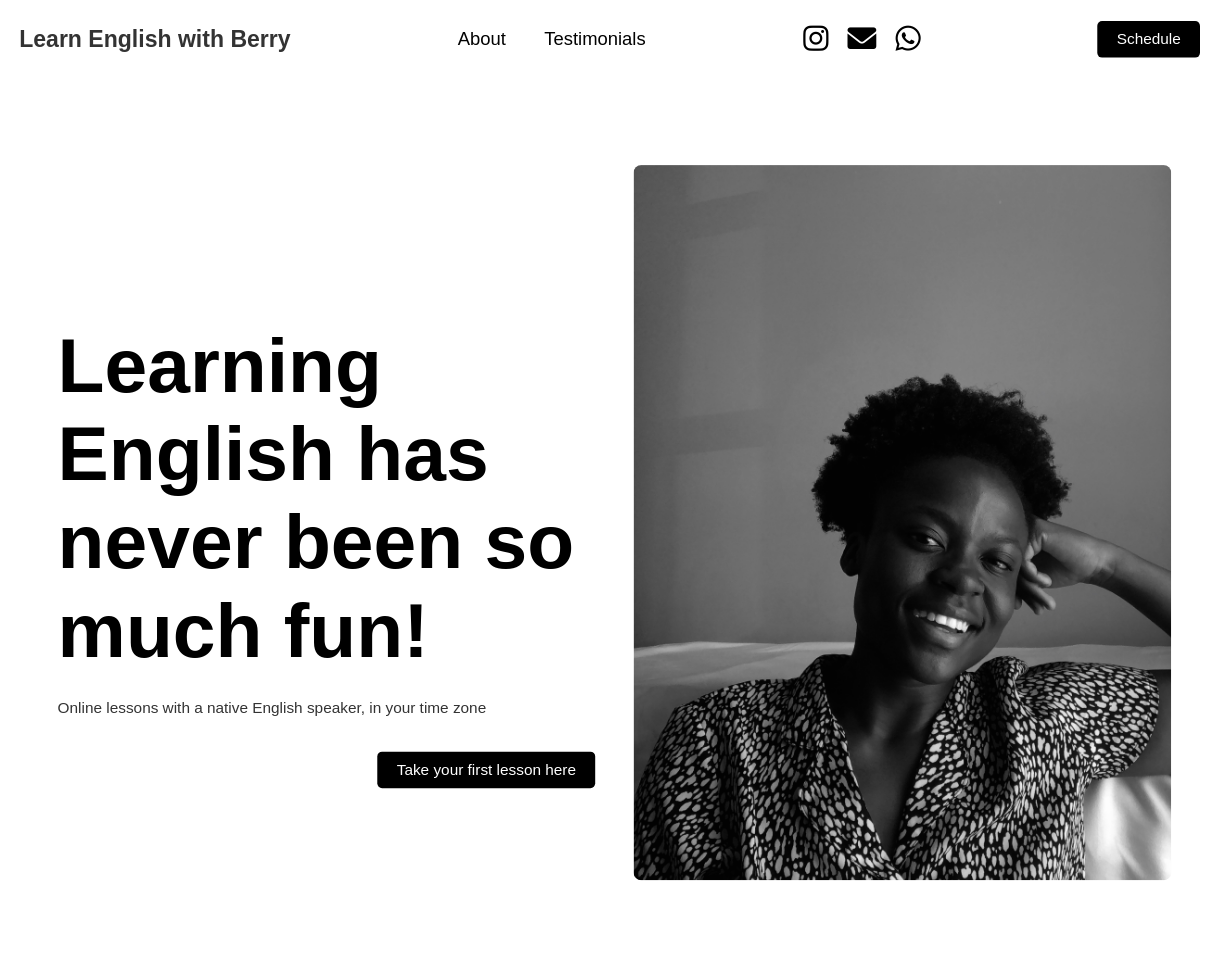
Repository: ntandomagana/esl-landing-page
Page: index.html
These files come from the project's save history. The page is drawn as it stood at one moment and after the next save; the edit follows.
The browser window is 1280 px wide. The pictures show the whole page, at 96% of full size.

Above is the page before, as saved 2024-07-17 13:34:55.

### index.html
<!DOCTYPE html>
<html lang="en">
<head>
    <meta charset="UTF-8">
    <meta name="viewport" content="width=device-width, initial-scale=1.0">
    <link rel="stylesheet" href="https://cdnjs.cloudflare.com/ajax/libs/font-awesome/6.0.0-beta3/css/all.min.css">

    <title>Berry's English</title>
    <link rel="stylesheet" href="index.css">
</head>
<body>
    <!-- Header Section -->
    <header>
        <div class="header-container">
            <div class="logo"><h1>Learn English with Berry</h1>
            </div>
            <nav>
                <ul>
                    <li><a href="#about">About</a></li>
                    <li><a href="#testimonials">Testimonials</a></li>

                </ul>
            </nav>
            <div class="social-links">
                <a href="#" class="social-link"><i class="fab fa-instagram"></i></a>
                <a href="mailto:berry@example.com" class="social-link"><i class="fas fa-envelope"></i></a>
                <a href="https://wa.me/1234567890" class="social-link"><i class="fab fa-whatsapp"></i></a>
            </div>
            <a href="#contact" class="schedule-button">Schedule</a>
        </div>
    </header>

    <!-- Left and right division -->
     <section class="content-section">
        <div class="content-wrapper">
            <div class="left-content">
                <h2>Learning English has <br />
                    never been so much fun!</h2>
                <p>Online lessons with a native English speaker, in your time zone</p>
                <a href="#contact" class="action-button">Take your first lesson here</a>
            </div>

            <div class="right-content">
                <img src="./assets/bwpp.jpg" alt="Teacher Berry's Image">

            </div>
        </div>

     </section>
    </footer>
</body>
</html>

### index.css
/* styles.css */

body {
  font-family: Arial, Helvetica, sans-serif;
  margin: 0;
  padding: 0;
  box-sizing: border-box;
}

.header-container {
  display: flex;
  justify-content: space-between;
  align-items: center;
  padding: 10px 20px;
  background-color: white;
}

.logo h1 {
  margin: 0;
  font-size: 24px;
  color: #333;
}

nav ul {
  list-style-type: none;
  padding: 0;
  margin: 0;
  display: flex;
}

nav ul li {
  display: inline;
  margin: 20px; /* Adjust margin to add space between list items */
}

nav ul li:last-child {
  margin-right: 0;
}

nav ul li a {
  color: rgb(2, 2, 2);
  text-decoration: none;
  font-size: 1.2rem;
}

nav ul li a:hover {
  color: black;
  font-weight: bold;
}

.social-links {
  display: flex;
  align-items: center;
  margin-right: 20px;
}

.social-link {
  margin: 0 10px;
  display: inline-block;
  color: black;
  font-size: 30px;
  transition: color 0.3s ease, transform 0.3s ease, box-shadow 0.3s ease;
}

.social-link i {
  color: black;
}

.social-link:hover i {
  color: black;
  transition: black 4s ease-in-out;
  transform: translateY(-5px);
  box-shadow: 0 4px 8px rgba(19, 18, 18, 0.2);
}

.schedule-button {
  padding: 10px 20px;
  background-color: black;
  color: #fff;
  text-decoration: none;
  border-radius: 5px;
  transition: background-color 0.3s ease;
  border: none;
  cursor: pointer;
  margin-right: 10px;
}

.schedule-button:hover {
  background-color: #fff;
  border-color: rgba(0, 0, 0, 0);
  border: solid black;
  color: black;
}

.content-section {
  padding: 50px 0;
  text-align: center;
}

.content-wrapper {
  display: flex;
  justify-content: space-around;
  align-items: stretch;
  max-width: 1200px;
  margin: 20px auto;
}

.left-content {
  flex: 1;
  padding: 20px;
  text-align: left;
  display: flex;
  flex-direction: column;
  justify-content: center;
  align-items: flex-end;
}

.left-content h2 {
  font-size: 5rem;
  align-items: flex-end;
  color: rgb(0, 0, 0);
  margin-bottom: 10px;
  width: 100%;
}

.left-content p {
  font-size: 1rem;
  color: #333;
  width: 100%;
}

.right-content {
  flex: 1;
  padding: 20px;
  text-align: center;
  display: flex;
  justify-content: center;
  align-items: center;
}

.right-content img {
  max-width: 100%;
  height: auto;
  max-height: 800px; /* Example maximum height, adjust as needed */
  border-radius: 8px;
  /* Optional: Adds a subtle shadow */
}

.action-button {
  display: inline-block;
  padding: 10px 20px;
  background-color: black;
  color: #fff;
  text-decoration: none;
  border-radius: 5px;
  transition: background-color 0.3s ease;
  margin-top: 20px; /* Add space above the button */
  position: relative;
  z-index: 1;
}

.action-button:hover {
  background-color: #fff;
  border-color: rgba(0, 0, 0, 0);
  border: 4px solid black;
  color: black;
  margin: 20px;
  padding: 18px 40px;
}

After the next save:
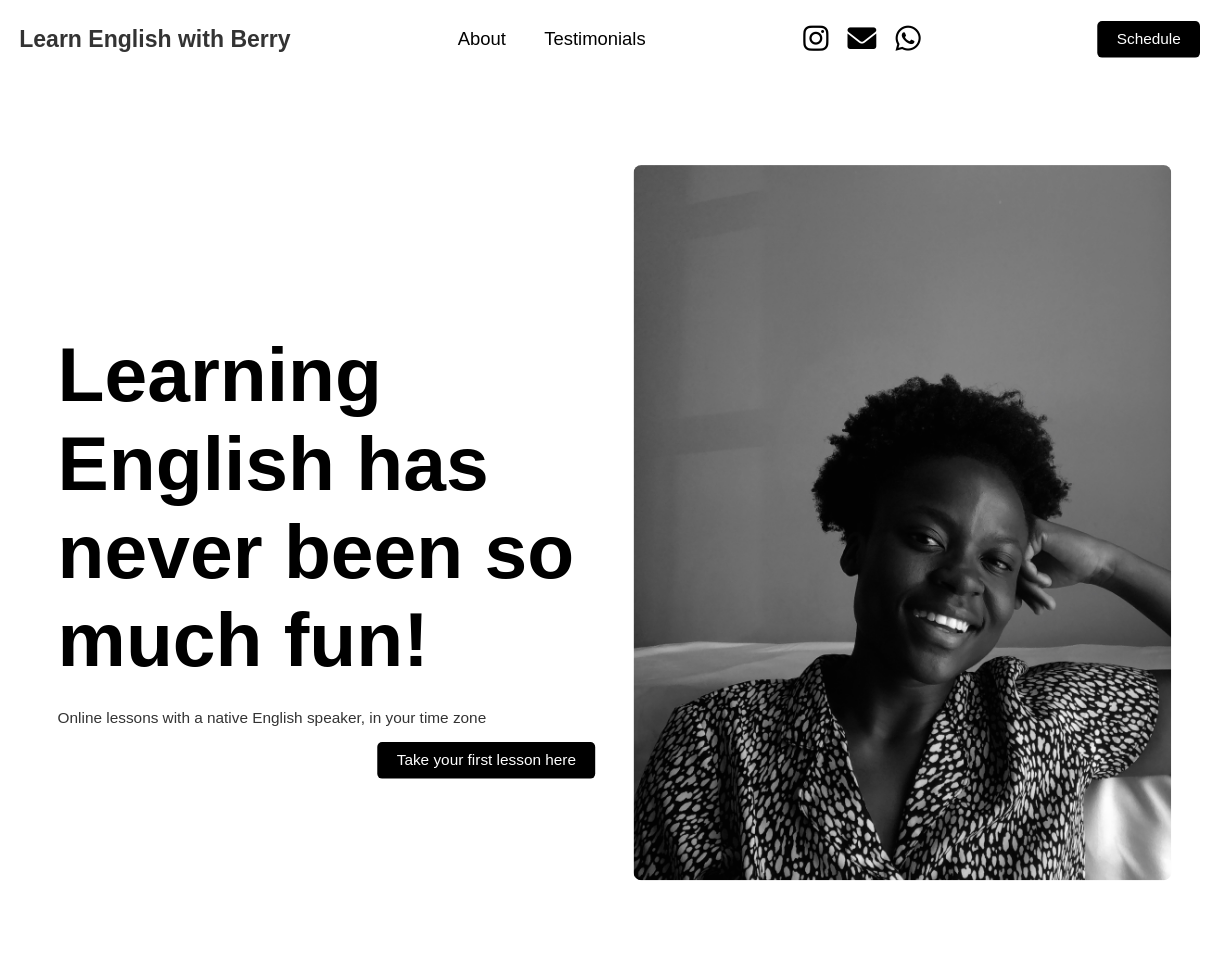
Saved 28 s later.
--- a/index.css
+++ b/index.css
@@ -154,7 +154,7 @@ nav ul li a:hover {
   text-decoration: none;
   border-radius: 5px;
   transition: background-color 0.3s ease;
-  margin-top: 20px; /* Add space above the button */
+  margin-top: 30px
   position: relative;
   z-index: 1;
 }
